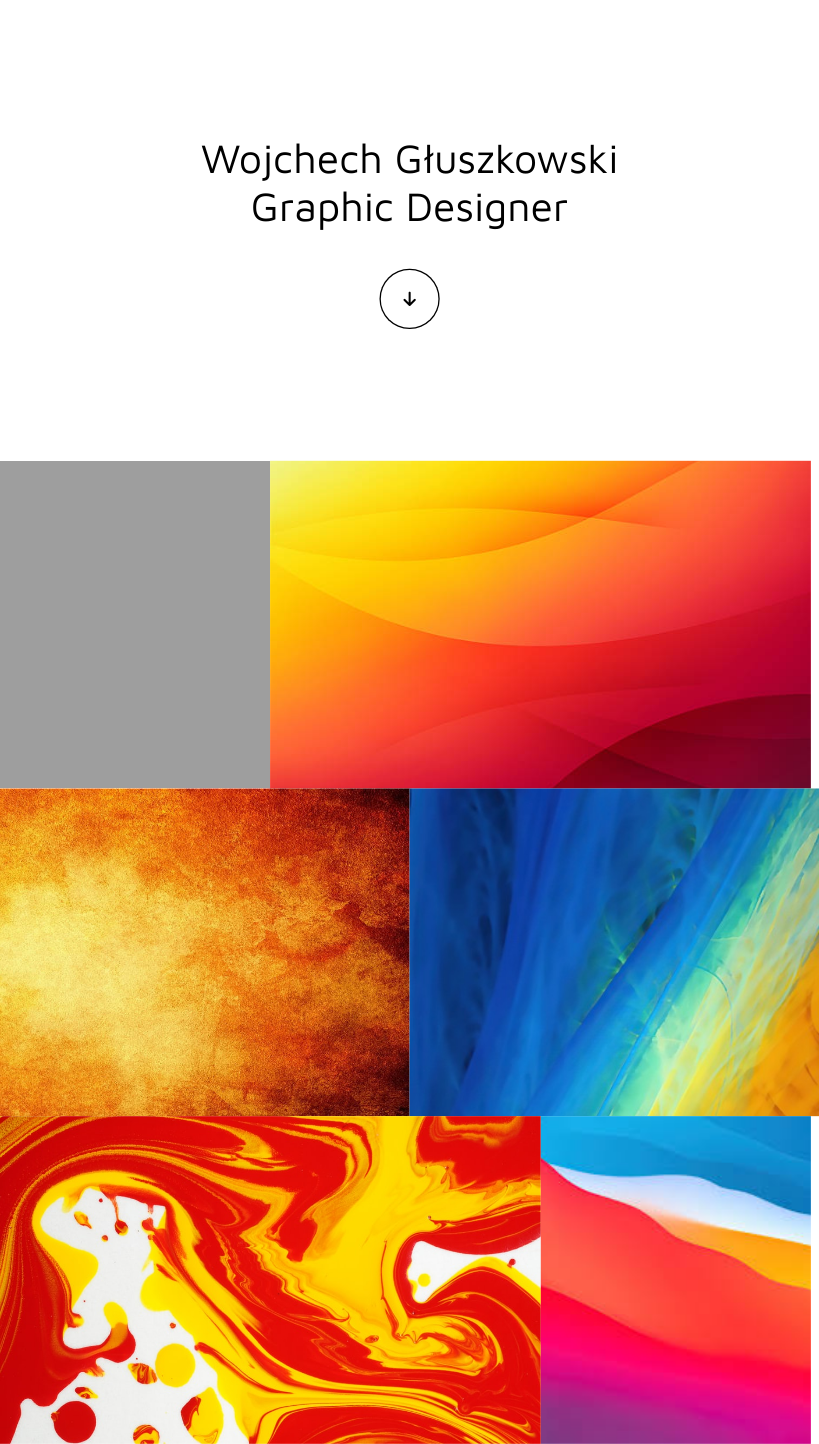
Repository: maciekto/WojciechGluszkowski-Porfolio
Page: /
These files come from the project's save history. The page is drawn as it stood at one moment and after the next save; the edit follows.
The browser window is 1280 px wide. The pictures show the whole page, at 64% of full size.
Pictures or frames that could not be fetched are drawn as grey boxes. Some web libraries are served in a nearby version. The project was rebuilt for these pictures with package versions that can differ from the ones it lists, and the page was loaded fresh each time.

Above is the page before, as saved 2022-06-07 14:51:55.

### public/index.html
<!DOCTYPE html>
<html lang="en">
  <head>
    <meta charset="utf-8" />
    <link rel="icon" href="%PUBLIC_URL%/favicon.ico" />
    <meta name="viewport" content="width=device-width, initial-scale=1" />
    <meta name="theme-color" content="#000000" />
    <meta name="description" content="Web site created using create-react-app" />
    <link rel="apple-touch-icon" href="%PUBLIC_URL%/logo192.png" />
    <!--
      manifest.json provides metadata used when your web app is installed on a
      user's mobile device or desktop. See https://developers.google.com/web/fundamentals/web-app-manifest/
    -->
    <link rel="manifest" href="%PUBLIC_URL%/manifest.json" />
    <!--
      Notice the use of %PUBLIC_URL% in the tags above.
      It will be replaced with the URL of the `public` folder during the build.
      Only files inside the `public` folder can be referenced from the HTML.

      Unlike "/favicon.ico" or "favicon.ico", "%PUBLIC_URL%/favicon.ico" will
      work correctly both with client-side routing and a non-root public URL.
      Learn how to configure a non-root public URL by running `npm run build`.
    -->
    <title>React App</title>
    <script src="https://kit.fontawesome.com/47a55d3c51.js" crossorigin="anonymous"></script>
  </head>
  <body>
    <noscript>You need to enable JavaScript to run this app.</noscript>
    <div id="root"></div>
    <!--
      This HTML file is a template.
      If you open it directly in the browser, you will see an empty page.

      You can add webfonts, meta tags, or analytics to this file.
      The build step will place the bundled scripts into the <body> tag.

      To begin the development, run `npm start` or `yarn start`.
      To create a production bundle, use `npm run build` or `yarn build`.
    -->
  </body>
</html>

### src/App.js
import React from 'react';
import logo from './logo.svg';
import './App.scss';

function App() {

  const Main = () => {
    console.log('siemano')
  }


  return (
    <div className="App">
      <header className="App-Header">
        Wojchech Głuszkowski<br />
        Graphic Designer
        <div className="App-Button" onClick={Main}>
          <i className="fa-solid fa-arrow-down App-Button-Arrow"></i>
        </div>

      </header>
      <main className='App-Main'>
        <div className='App-Main-Item App-Main-Item1'>

        </div>
        <div className='App-Main-Item App-Main-Item2'>

        </div>
        <div className='App-Main-Item App-Main-Item3'>

        </div>
        <div className='App-Main-Item App-Main-Item4'>

        </div>
        <div className='App-Main-Item App-Main-Item5'>

        </div>
        <div className='App-Main-Item App-Main-Item6'>

        </div>
      </main>
    </div>
  );
}

export default App;

### src/serviceWorkerRegistration.js
// This optional code is used to register a service worker.
// register() is not called by default.

// This lets the app load faster on subsequent visits in production, and gives
// it offline capabilities. However, it also means that developers (and users)
// will only see deployed updates on subsequent visits to a page, after all the
// existing tabs open on the page have been closed, since previously cached
// resources are updated in the background.

// To learn more about the benefits of this model and instructions on how to
// opt-in, read https://cra.link/PWA

const isLocalhost = Boolean(
  window.location.hostname === 'localhost' ||
    // [::1] is the IPv6 localhost address.
    window.location.hostname === '[::1]' ||
    // 127.0.0.0/8 are considered localhost for IPv4.
    window.location.hostname.match(/^127(?:\.(?:25[0-5]|2[0-4][0-9]|[01]?[0-9][0-9]?)){3}$/)
);

export function register(config) {
  if (process.env.NODE_ENV === 'production' && 'serviceWorker' in navigator) {
    // The URL constructor is available in all browsers that support SW.
    const publicUrl = new URL(process.env.PUBLIC_URL, window.location.href);
    if (publicUrl.origin !== window.location.origin) {
      // Our service worker won't work if PUBLIC_URL is on a different origin
      // from what our page is served on. This might happen if a CDN is used to
      // serve assets; see https://github.com/facebook/create-react-app/issues/2374
      return;
    }

    window.addEventListener('load', () => {
      const swUrl = `${process.env.PUBLIC_URL}/service-worker.js`;

      if (isLocalhost) {
        // This is running on localhost. Let's check if a service worker still exists or not.
        checkValidServiceWorker(swUrl, config);

        // Add some additional logging to localhost, pointing developers to the
        // service worker/PWA documentation.
        navigator.serviceWorker.ready.then(() => {
          console.log(
            'This web app is being served cache-first by a service ' +
              'worker. To learn more, visit https://cra.link/PWA'
          );
        });
      } else {
        // Is not localhost. Just register service worker
        registerValidSW(swUrl, config);
      }
    });
  }
}

function registerValidSW(swUrl, config) {
  navigator.serviceWorker
    .register(swUrl)
    .then((registration) => {
      registration.onupdatefound = () => {
        const installingWorker = registration.installing;
        if (installingWorker == null) {
          return;
        }
        installingWorker.onstatechange = () => {
          if (installingWorker.state === 'installed') {
            if (navigator.serviceWorker.controller) {
              // At this point, the updated precached content has been fetched,
              // but the previous service worker will still serve the older
              // content until all client tabs are closed.
              console.log(
                'New content is available and will be used when all ' +
                  'tabs for this page are closed. See https://cra.link/PWA.'
              );

              // Execute callback
              if (config && config.onUpdate) {
                config.onUpdate(registration);
              }
            } else {
              // At this point, everything has been precached.
              // It's the perfect time to display a
              // "Content is cached for offline use." message.
              console.log('Content is cached for offline use.');

              // Execute callback
              if (config && config.onSuccess) {
                config.onSuccess(registration);
              }
            }
          }
        };
      };
    })
    .catch((error) => {
      console.error('Error during service worker registration:', error);
    });
}

function checkValidServiceWorker(swUrl, config) {
  // Check if the service worker can be found. If it can't reload the page.
  fetch(swUrl, {
    headers: { 'Service-Worker': 'script' },
  })
    .then((response) => {
      // Ensure service worker exists, and that we really are getting a JS file.
      const contentType = response.headers.get('content-type');
      if (
        response.status === 404 ||
        (contentType != null && contentType.indexOf('javascript') === -1)
      ) {
        // No service worker found. Probably a different app. Reload the page.
        navigator.serviceWorker.ready.then((registration) => {
          registration.unregister().then(() => {
            window.location.reload();
          });
        });
      } else {
        // Service worker found. Proceed as normal.
        registerValidSW(swUrl, config);
      }
    })
    .catch(() => {
      console.log('No internet connection found. App is running in offline mode.');
    });
}

export function unregister() {
  if ('serviceWorker' in navigator) {
    navigator.serviceWorker.ready
      .then((registration) => {
        registration.unregister();
      })
      .catch((error) => {
        console.error(error.message);
      });
  }
}

### src/App.scss
@import url('https://fonts.googleapis.com/css2?family=Kumbh+Sans&family=Maven+Pro:wght@400;500;600;700&family=Plus+Jakarta+Sans:wght@300;400;500;600;700;800&display=swap');

* {
    box-sizing: border-box;
}

.App {
    width: 100vw;
    height: auto;
    font-family: 'Maven Pro', sans-serif;
    &-Header {
        width: 100%;
        height: 100vh;
        display: flex;
        align-items: center;
        justify-content: center;
        text-align: center;
        flex-direction: column;
        font-size: 5vw;
        &-Clicked {
            transform: translateY(-100vh);
        }
    }
    &-Button {
        transition: box-shadow 0.4s;
        margin-top: 5vw;
        width: 7vw;
        height: 7vw;
        box-shadow: 0px 0px 1px 2px black;
        display: grid;
        place-items: center;
        border-radius: 50%;
        cursor: pointer;
        &-Arrow {
            transition: 0.4s;
            font-size: 2vw;
            // animation: alarm 1s alternate infinite;
            &:hover {
                transition: 0.4s;
                font-size: 5vw;
            }
        }
        &:hover {
            transition: box-shadow 0.4s;
            border: 0px solid black;
            box-shadow: 0px 0px 0px 0px black;
        }
    }
    &-Main {
        width: 100vw;
        height: auto;
        display: flex;
        flex-wrap: wrap;
        &-Item {
            transition: 0.4s;
            min-width: 25%;
            min-height: 40vw;
            // border: 2px solid white;
            cursor: pointer;
            &:hover {
                transition: 0.4s;
                box-shadow: inset 0 0 1px 10px white;
            }
        }
        &-Item1 {
            width: 33vw;
            background: url('assets/1.jpeg') center center no-repeat;
            background-size: cover;
        }
        &-Item2 {
            width: 66vw;
            background: url('assets/2.jpeg') center center no-repeat;
            background-size: cover;
        }
        &-Item3 {
            width: 50vw;
            background: url('assets/3.jpeg') center center no-repeat;
            background-size: cover;
        }
        &-Item4 {
            width: 50vw;
            background: url('assets/4.jpeg') center center no-repeat;
            background-size: cover;
        }
        &-Item5 {
            width: 66vw;
            background: url('assets/5.jpeg') center center no-repeat;
            background-size: cover;
        }
        &-Item6 {
            width: 33vw;
            background: url('assets/6.jpeg') center center no-repeat;
            background-size: cover;
        }
    }
}



@keyframes alarm {
    from {
        opacity: 0.2;
    } to {
        opacity: 1;
    }
}

Loaded but not shown: src/index.js (common file); src/index.css (common file); src/reportWebVitals.js (common file)

After the next save:
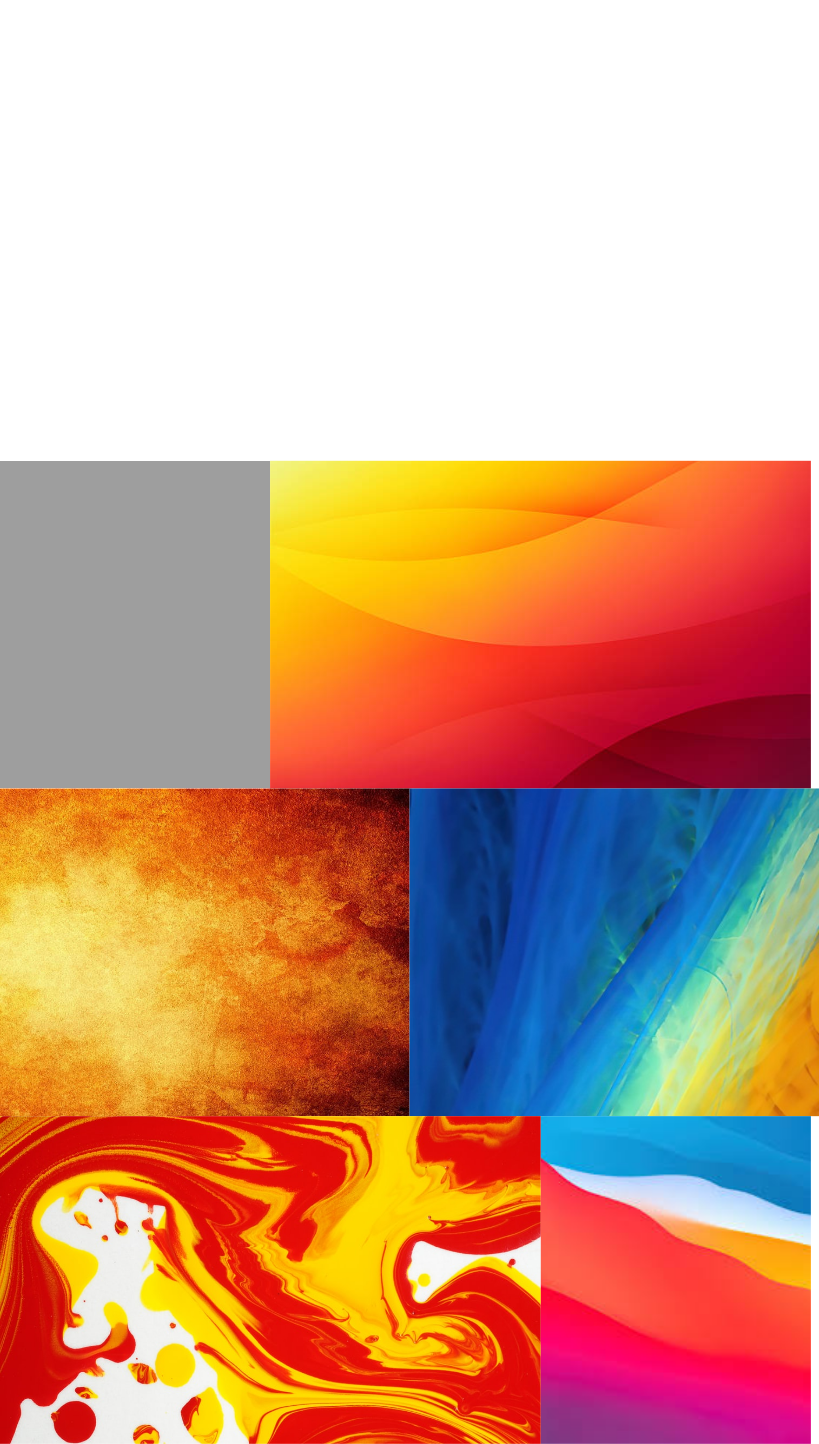
Saved 9 s later.
--- a/src/App.js
+++ b/src/App.js
@@ -11,7 +11,7 @@
 
   return (
     <div className="App">
-      <header className="App-Header">
+      <header className="App-Header App-Header-Clicked">
         Wojchech Głuszkowski<br />
         Graphic Designer
         <div className="App-Button" onClick={Main}>
